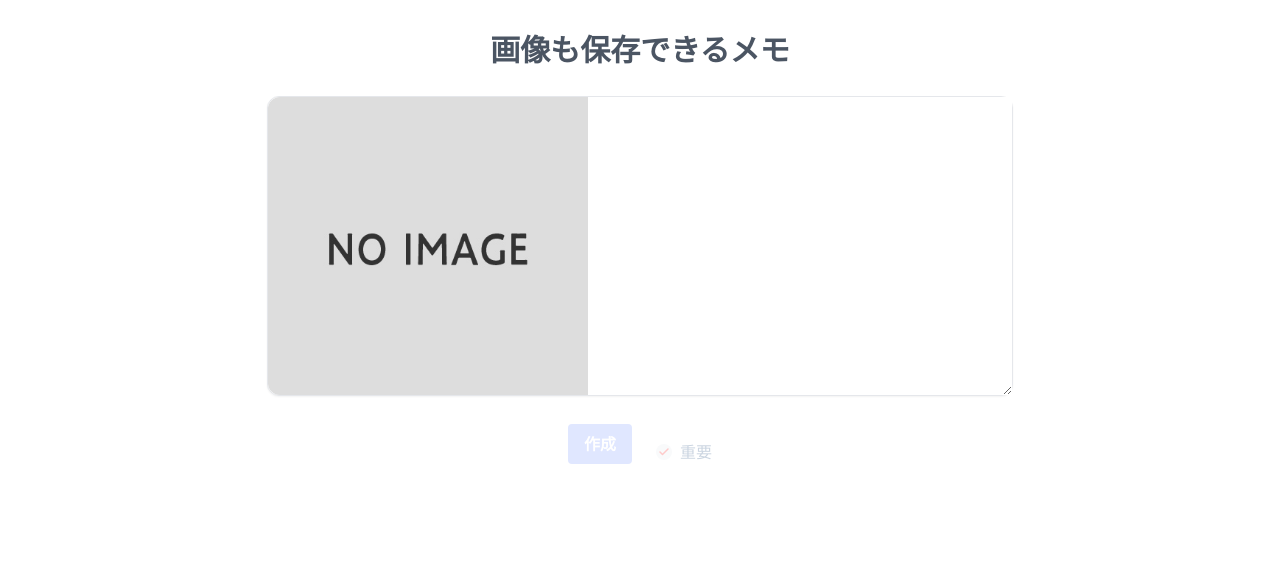
Repository: 1718wani/newtsmemoapp
Page: /
These files come from the project's save history. The page is drawn as it stood at one moment and after the next save; the edit follows.
The browser window is 1280 px wide. The pictures show the whole page.
The project was rebuilt for these pictures with package versions that can differ from the ones it lists, and the page was loaded fresh each time. Also part of the build but not shown: webpack.config.js, src/ui/cards/NoteCard.tsx.

Above is the page before, as saved 2023-06-22 22:37:39.

After the next save:
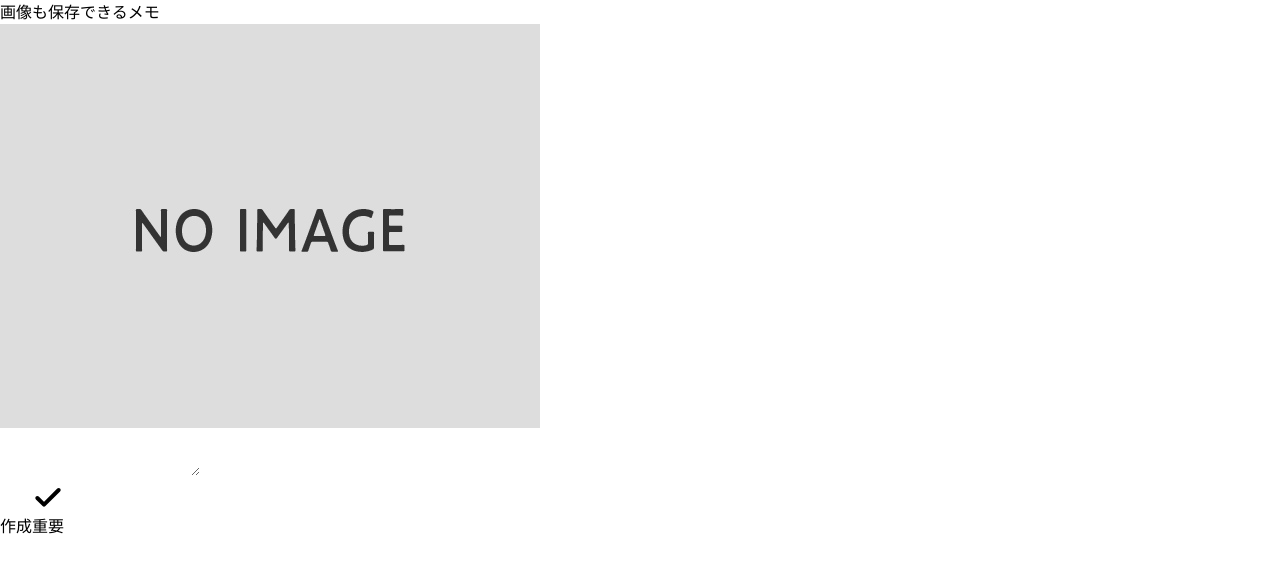
Saved 4 min 12 s later.
--- a/tailwind.config.js
+++ b/tailwind.config.js
@@ -1,6 +1,5 @@
 /** @type {import('tailwindcss').Config} */
 module.exports = {
-  content:  ["./src/**/*.{html,js,ts,tsx}"],
   theme: {
     extend: {},
   },
